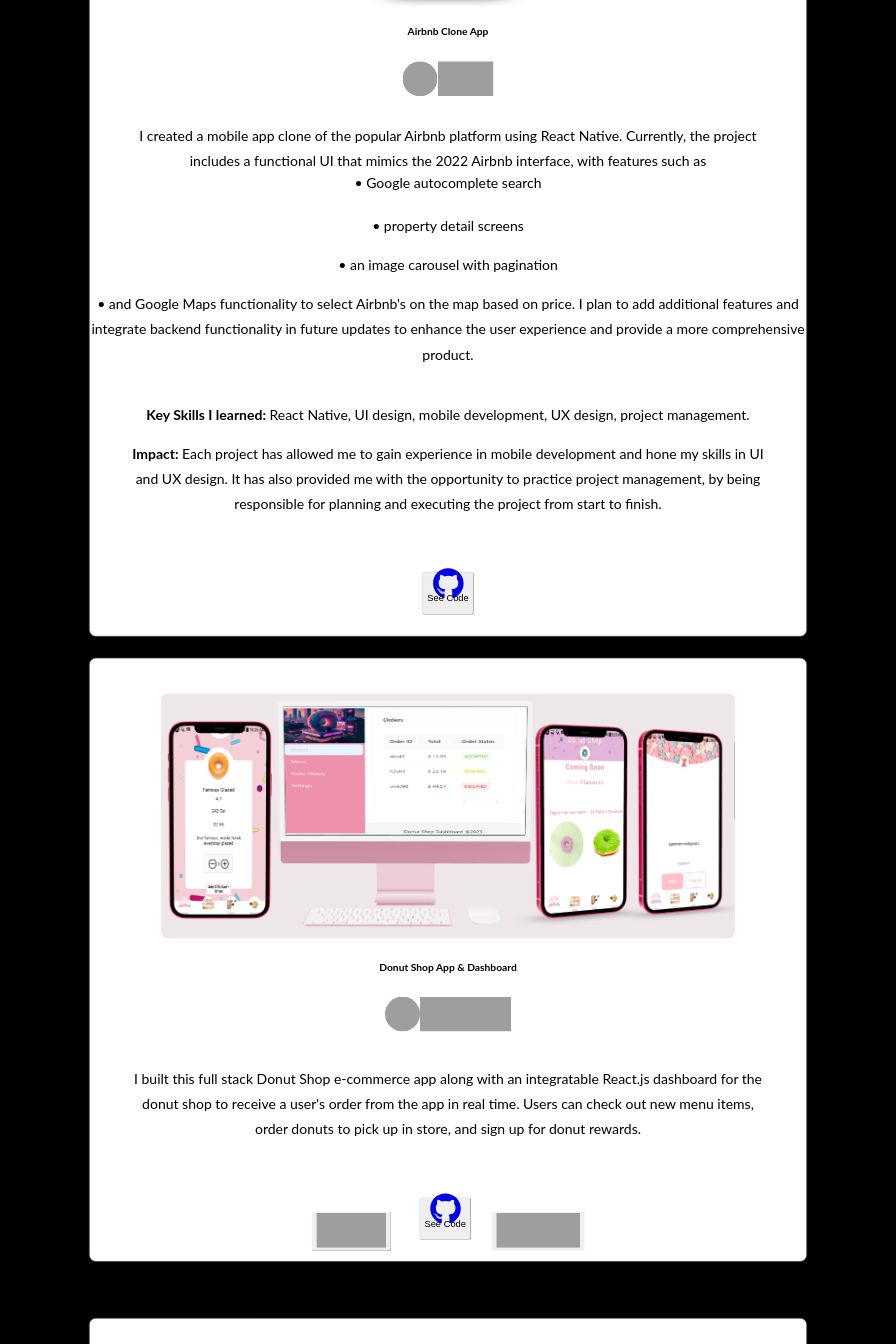
Repository: JamesPesenti/portfolio
Page: /
An editor plug-in stored every save of this project. The page is shown before and after the next save, followed by the edit.
The browser window is 1280 px wide. The pictures show the part of the page from y = 1891 to 3811 px (the page is 6929 px tall), at 70% of full size.
Pictures or frames that could not be fetched are drawn as grey boxes. The project was rebuilt for these pictures with package versions that can differ from the ones it lists, and the page was loaded fresh each time. Imported but missing from the stored project, and not drawn on this page: src/Components/James Pesenti Resume 2023.pdf.

Above is the page before, as saved 2023-05-05 17:03:30.

After the next save:
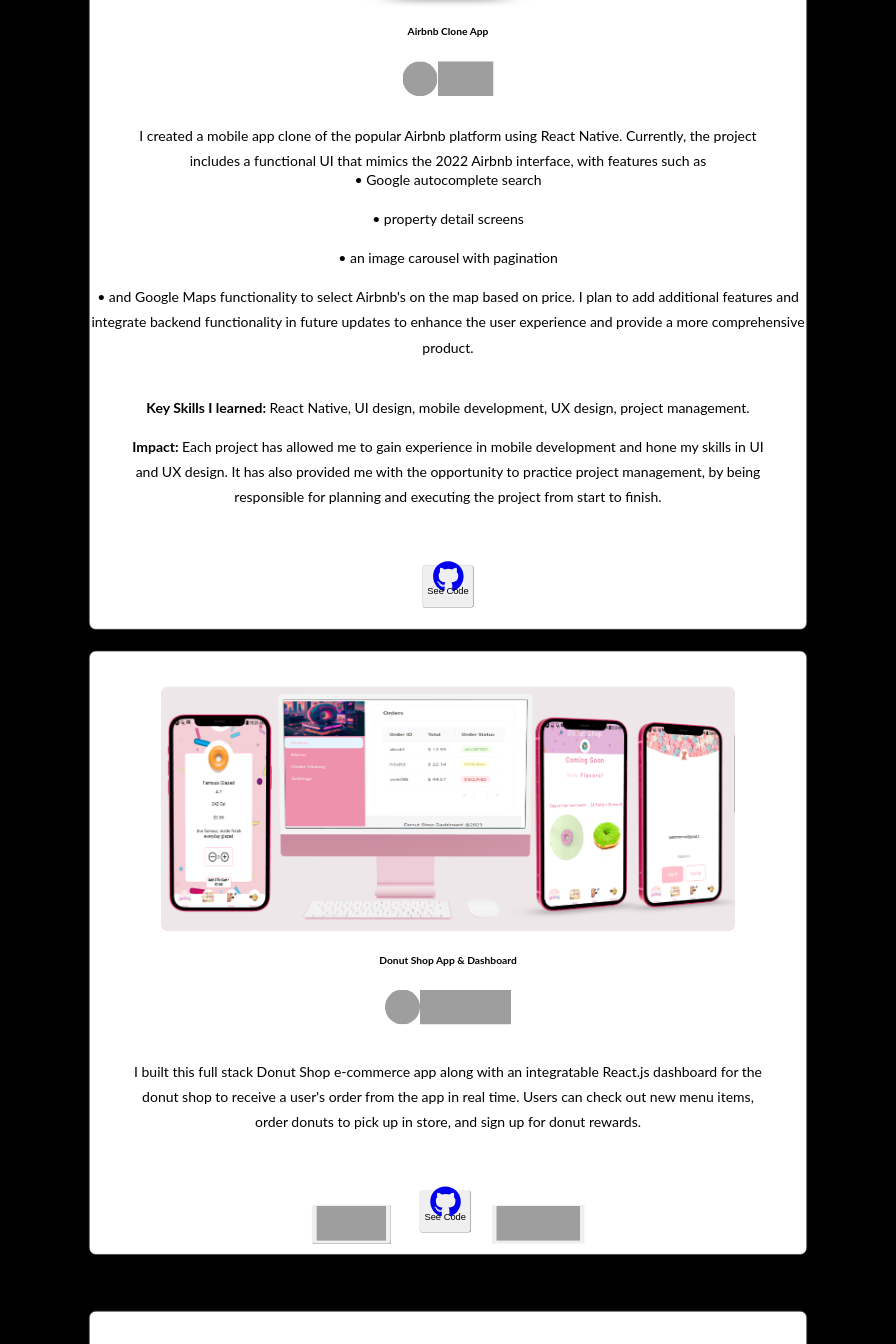
Saved 10 s later.
--- a/src/Components/MyProjects.jsx
+++ b/src/Components/MyProjects.jsx
@@ -23,7 +23,7 @@
                   {/* <img style={{width: 50, height: 50, }} src="https://pbs.twimg.com/profile_images/1114309924551417856/FKA4cm2x_400x400.png"  /> */}
                 </div>
             <p style={{fontSize: 20, textAlign: 'center', padding: 40, marginBottom: -70}}>I created a mobile app clone of the popular Airbnb platform using React Native. Currently, the project includes a functional UI that mimics the 2022 Airbnb interface, with features such as</p>
-            <p style={{fontSize: 20, textAlign: 'center', padding: 5}}>&#8226; Google autocomplete search</p>
+            <p style={{fontSize: 20, textAlign: 'center', padding: 0}}>&#8226; Google autocomplete search</p>
             <p style={{fontSize: 20, textAlign: 'center', padding: 0,}}>&#8226; property detail screens</p>
             <p style={{fontSize: 20, textAlign: 'center', padding: 0}}>&#8226; an image carousel with pagination</p>
             <p style={{fontSize: 20, textAlign: 'center', padding: 0}}> &#8226; and Google Maps functionality to select Airbnb's on the map based on price. I plan to add additional features and integrate backend functionality in future updates to enhance the user experience and provide a more comprehensive product.</p>
